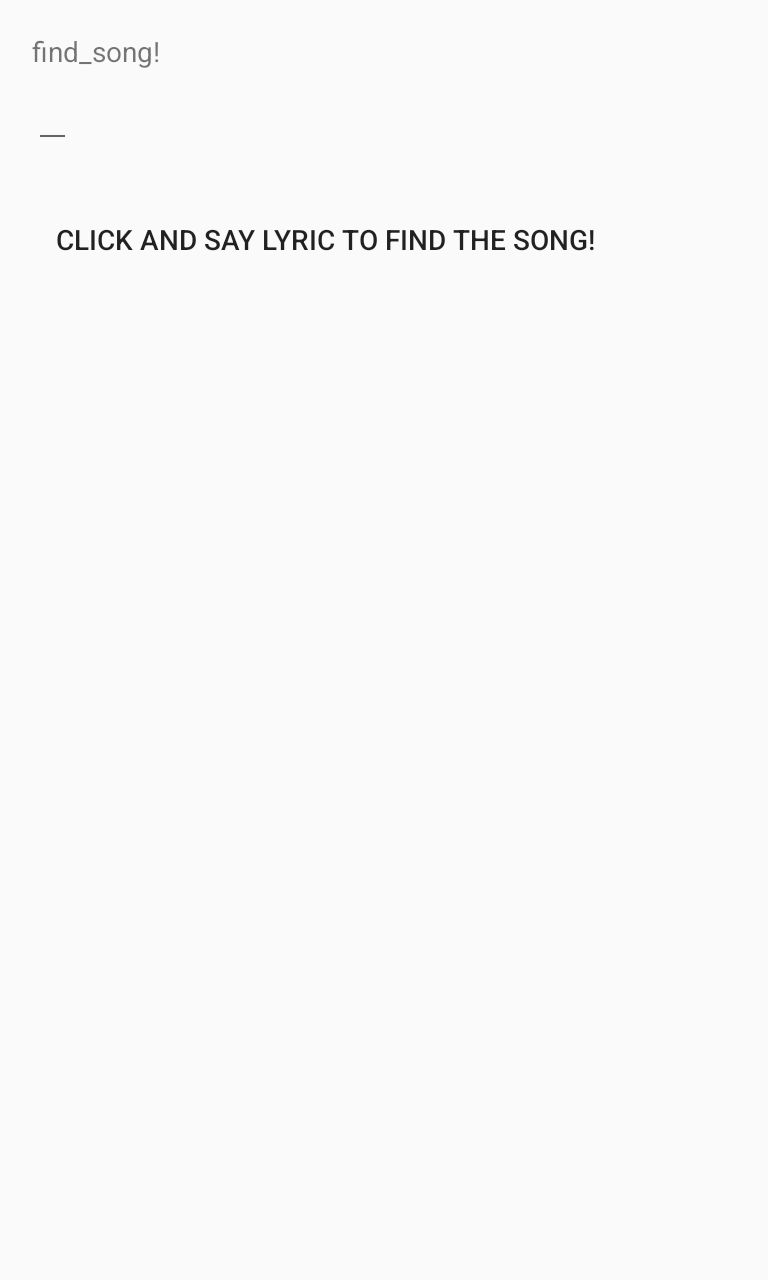
Repository: lyfhallelujah/nj
Layout: sound/sound/res/layout/activity_main.xml
An editor plug-in stored every save of this project. The layout is shown before and after the next save, followed by the edit.
It is drawn on a 768 x 1280 px phone screen (xhdpi) without system bars, with theme AppTheme; the app's code is not run. Lists and similar views that code fills are empty.

Above is the layout before, as saved 2015-12-01 15:42:31.

After the next save:
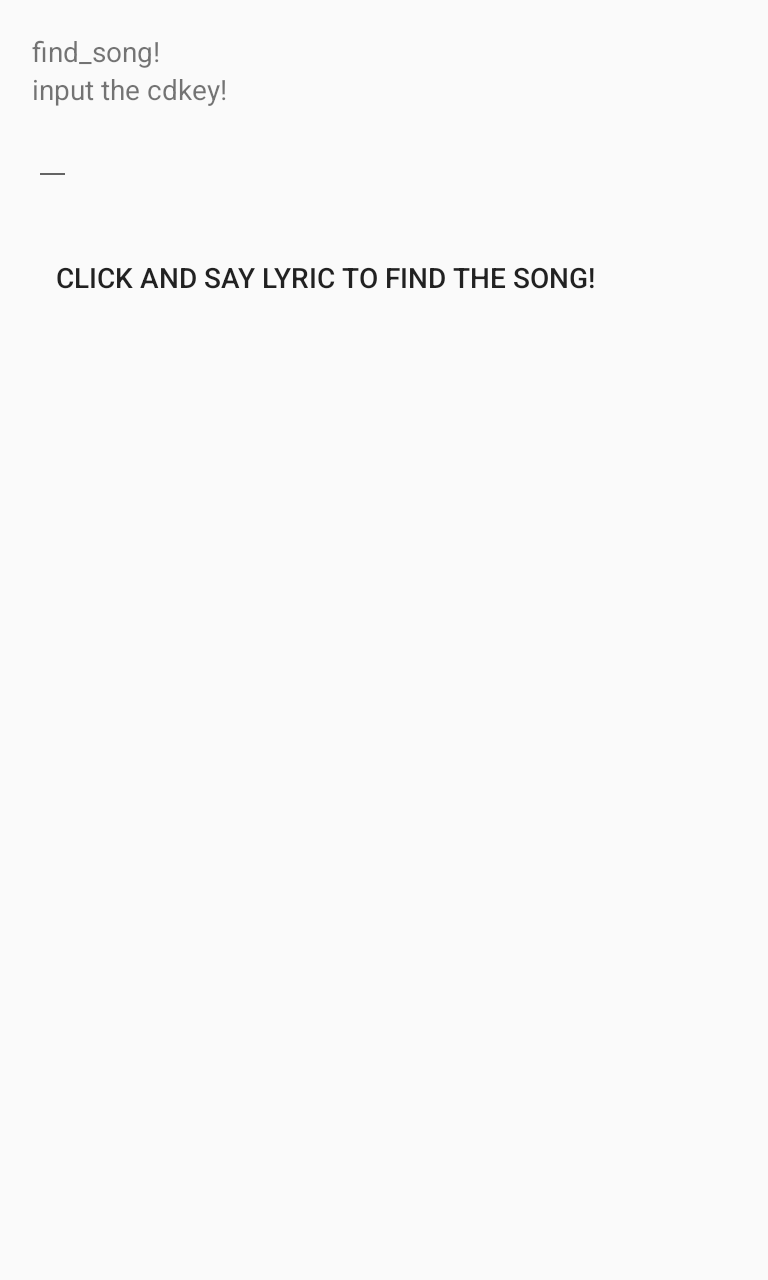
Saved 30 s later.
--- a/sound/sound/res/layout/activity_main.xml
+++ b/sound/sound/res/layout/activity_main.xml
@@ -14,6 +14,11 @@
         android:layout_width="wrap_content"
         android:layout_height="wrap_content"
         android:text="find_song!" />
+
+    	<TextView
+        android:layout_width="wrap_content"
+        android:layout_height="wrap_content"
+        android:text="input the cdkey!" />
 
     	<EditText
         android:id="@+id/cdkey"
